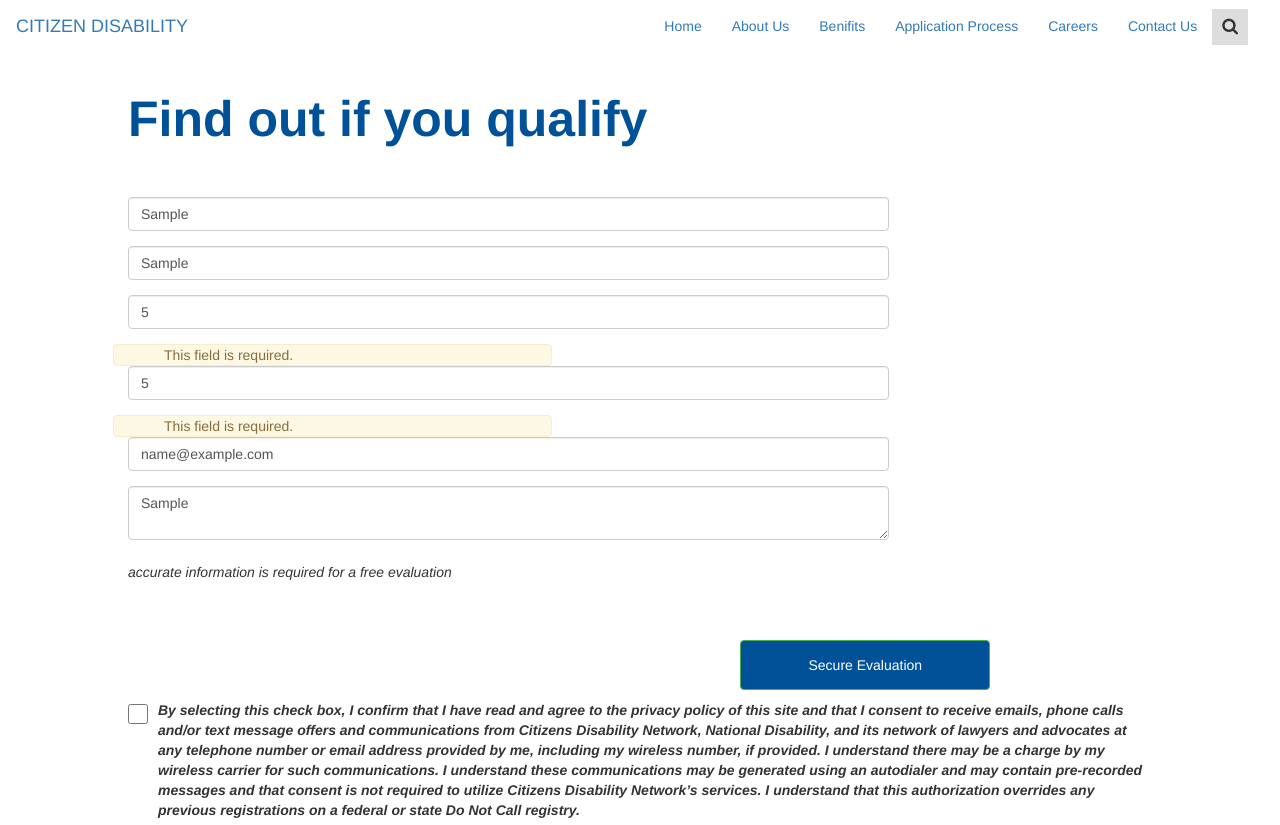
Repository: welcome0605/Embed-html-integrate-with-API
Page: Home1.html
These files come from the project's save history. The page is drawn as it stood at one moment and after the next save; the edit follows.
The browser window is 1280 px wide. The pictures show the whole page.
Empty fields were first filled with sample values (such as "Sample", 5 or name@example.com).
After loading, the first visible `input.btn_sub` was clicked once.
The page's requests for data from a server got no answer.

Above is the page before, as saved 2019-05-08 02:23:27.

### Home1.html
<!DOCTYPE html>
<html lang="en">
<head>
  <title>CITIZEN DISABILITY</title>
  <meta charset="utf-8">
  <meta name="viewport" content="width=device-width, initial-scale=1">
  <link rel="stylesheet" href="https://maxcdn.bootstrapcdn.com/bootstrap/3.4.0/css/bootstrap.min.css">
  <script src="https://ajax.googleapis.com/ajax/libs/jquery/3.3.1/jquery.min.js"></script>
  <script src="https://maxcdn.bootstrapcdn.com/bootstrap/3.4.0/js/bootstrap.min.js"></script>
  <link rel = "stylesheet" type = "text/css" href = "./css/base1.css" />
  <link rel="stylesheet" href="https://cdnjs.cloudflare.com/ajax/libs/font-awesome/4.7.0/css/font-awesome.min.css">
  <script type="text/javascript">
  disposition = "CPD";
    var apiUrl = "";
    // console.log( localStorage.getItem("dqq"));
    flagCount = 0;
    flag = true;
    var firstname, lastname, zip, ph1, age, email;
    var ip="";
    $.getJSON('http://ipinfo.io', function(data){
        ip = data.ip;
        // console.log(ip);
    });
    function firstNameChange() {
        firstname = document.getElementById('firstName').value;
        validCount = firstname.length;
        // console.log(validCount);
        if(validCount == 0) {
            $('.alert_req1').css("display","block");
            flag = true;
        }
        else {
            $('.alert_req1').css("display","none");
            flag = false;
        }
    }

    function lastNameChange() {
        lastname = document.getElementById('lastName').value;
        validCount = lastname.length;
        // console.log(validCount);
        if(validCount == 0) {
            $('.alert_req2').css("display","block");
            flag = true;
        }
        else {
            $('.alert_req2').css("display","none");
            flag = false;
        }
    }

    function zipNameChange() {
        zip = Number(document.getElementById('zipName').value);
        validCount = document.getElementById('zipName').value.length;
        // console.log(validCount);
        if(validCount == 0 || validCount != 5) {
            $('.alert_req6').css("display","block");
            flag = true;
        }
        else {
            $('.alert_req6').css("display","none");
            flag = false;
        }
    }

    function phoneNameChange() {
        ph1 = Number(document.getElementById('phoneName').value);
        validCount = document.getElementById('phoneName').value.length;
        // console.log(validCount);
        if(validCount == 0 || validCount != 10) {
            $('.alert_req7').css("display","block");
            flag = true;
        }
        else {
            $('.alert_req7').css("display","none");
            flag = false;
        }
    }

    function emailNameChange() {
        email = document.getElementById('emailName').value;
        validCount = email.length;
        const expression = /(?!.*\.{2})^([a-z\d!#$%&'*+\-\/=?^_`{|}~\u00A0-\uD7FF\uF900-\uFDCF\uFDF0-\uFFEF]+(\.[a-z\d!#$%&'*+\-\/=?^_`{|}~\u00A0-\uD7FF\uF900-\uFDCF\uFDF0-\uFFEF]+)*|"((([ \t]*\r\n)?[ \t]+)?([\x01-\x08\x0b\x0c\x0e-\x1f\x7f\x21\x23-\x5b\x5d-\x7e\u00A0-\uD7FF\uF900-\uFDCF\uFDF0-\uFFEF]|\\[\x01-\x09\x0b\x0c\x0d-\x7f\u00A0-\uD7FF\uF900-\uFDCF\uFDF0-\uFFEF]))*(([ \t]*\r\n)?[ \t]+)?")@(([a-z\d\u00A0-\uD7FF\uF900-\uFDCF\uFDF0-\uFFEF]|[a-z\d\u00A0-\uD7FF\uF900-\uFDCF\uFDF0-\uFFEF][a-z\d\-._~\u00A0-\uD7FF\uF900-\uFDCF\uFDF0-\uFFEF]*[a-z\d\u00A0-\uD7FF\uF900-\uFDCF\uFDF0-\uFFEF])\.)+([a-z\u00A0-\uD7FF\uF900-\uFDCF\uFDF0-\uFFEF]|[a-z\u00A0-\uD7FF\uF900-\uFDCF\uFDF0-\uFFEF][a-z\d\-._~\u00A0-\uD7FF\uF900-\uFDCF\uFDF0-\uFFEF]*[a-z\u00A0-\uD7FF\uF900-\uFDCF\uFDF0-\uFFEF])\.?$/i;
        // console.log(expression.test(String(document.getElementById('emailName').value).toLowerCase()));
        if(validCount == 0 || expression.test(String(document.getElementById('emailName').value).toLowerCase()) == false) {
            $('.alert_req8').css("display","block");
            flag = true;
        }
        else {
            $('.alert_req8').css("display","none");
            flag = false;
        }
    }

    function descNameChange() {

    }

    function uuidv4() {
        return ([1e7]+-1e3+-4e3+-8e3+-1e11).replace(/[018]/g, c =>
            (c ^ crypto.getRandomValues(new Uint8Array(1))[0] & 15 >> c / 4).toString(16)
        )
    }

    function submit_to() {
        var ipAddr;
        // console.log(sessionStorage.getItem("age"));
        age = Number(sessionStorage.getItem("age"));
        ad_querystring = window.location.search.substring(1);
        url = window.location.href.split('?')[0];
        mktrefid = uuidv4();
        var params = {}, queries, temp;
        queries = ad_querystring.split("&");
        for ( i = 0; i < queries.length; i++ ) {
            temp = queries[i].split('=');
            params[temp[0]] = temp[1];
        }


        firstNameChange();
        lastNameChange();
        zipNameChange();
        phoneNameChange();
        emailNameChange();
        // flagCount = 0;
        // if(flag = true) alert("ok");
        if(document.getElementById('f_chk').checked && flag == false) {
            // console.log(firstname, lastname, zip, ph1, email);
            // console.log("firstname : ",firstname);
            // console.log("lastname : ", lastname);
            // console.log("zipcode : ", zip);
            // console.log("ph1 : ", ph1);
            // console.log("email : ", email);
            // console.log(params);
            // console.log("url : ",url);
            // console.log("uuid : ", mktrefid);
            // console.log("describe : ", document.getElementById('descName').value);
            disdesc = document.getElementById('descName').value;
            if(localStorage.getItem("dqq") == "") {
                apiUrl = "https://api.citizensdisability.com/op/lead";


                // console.log(this.ipAddr);
                const dataTo = {
                    age : age,
                    mktrefid: mktrefid,
                    source: params['fsource'],
                    firstname: this.firstname,
                    lastname: this.lastname,
                    email: email,
                    disposition: disposition,
                    disdesc: disdesc,
                    consent: "By selecting this check box, I confirm that I have read and agree to the privacy policy of this site and that I consent to receive emails, phone calls and/or text message offers and communications from Citizens Disability Network, National Disability, and its network of lawyers and advocates at any telephone number or email address provided by me, including my wireless number, if provided. I understand there may be a charge by my wireless carrier for such communications",
                    dqq: "",
                    zip: zip,
                    ph1: ph1,
                    ip: this.ip,
                    url: url,
                    ad_querystring: ad_querystring,
                    oppid: 12,
                    wls: "Citizens-new-form"
                }
                $.extend(dataTo, params);
                var data = JSON.stringify(dataTo);
                // console.log(data);
                $.ajax({

                  url: './php/backend.php',
                  // url : apiUrl,

                  type: 'POST',

                  contentType:"application/json; charset=utf-8",

                  // dataType:"json",

                  data: {lead : data},

                  success: function (data) {

                    // alert(data);
                    console.log(data);

                  },

                });


            }
            else {
                apiUrl = "https://api.citizensdisability.com/lead";
                const dataTo = {
                    refid : mktrefid,
                    age : age,
                    mktrefid: mktrefid,
                    source: params['fsource'],
                    firstname: this.firstname,
                    lastname: this.lastname,
                    email: email,
                    disposition: disposition,
                    disdesc: disdesc,
                    consent: "By selecting this check box, I confirm that I have read and agree to the privacy policy of this site and that I consent to receive emails, phone calls and/or text message offers and communications from Citizens Disability Network, National Disability, and its network of lawyers and advocates at any telephone number or email address provided by me, including my wireless number, if provided. I understand there may be a charge by my wireless carrier for such communications",
                    dqq: localStorage.getItem("dqq"),
                    zip: zip,
                    ph1: ph1,
                    ip: this.ip,
                    url: url,
                    ad_querystring: ad_querystring,
                    wls: "Citizens-new-form",
                    ccname:"FORM",
                    numdialed:9999999999
                }
                $.extend(dataTo, params);
                var data = JSON.stringify(dataTo);
                $.ajax({

                  url: './php/backend.php',
                  // url : apiUrl,

                  type: 'POST',

                  contentType:"application/json; charset=utf-8",

                  dataType:"json",

                  data: {lead : data},

                  success: function (data) {

                    // alert(data);
                    console.log(data);

                  },

                });
            }

            // window.location.href="Home2.html";
        }
    }
  </script>

</head>
<body>

<nav class="navbar navbar-info">
  <div class="container-fluid">
    <div class="navbar-header">
      <a class="navbar-brand" href="Home.html">CITIZEN DISABILITY</a>
    </div>
    <ul class="nav navbar-nav div_right">
      <li class="active"><a href="Home.html">Home</a></li>
      <li><a href="About Us.html">About Us</a></li>
      <li><a href="Benifits.html">Benifits</a></li>
      <li><a href="Application Process.html">Application Process</a></li>
      <li><a href="Careers.html">Careers</a></li>
      <li><a href="Contact Us.html">Contact Us</a></li>
      <!-- <input type="text" placeholder="Search.." name="search"> -->
      <button type="button"><i class="fa fa-search"></i></button>
    </ul>
  </div>
</nav>

<div class="container">
  <!-- <h3>Basic Navbar Example1</h3>
  <p>A navigation bar is a navigation header that is placed at the top of the page.</p> -->
  <form method="POST">
    <!-- <div class="div_entire"> -->
      <input type="hidden" name="dqq" value="dqq">
      <input type="hidden" name="dqq" value="dqq">
      <input type="hidden" name="dqq" value="dqq">
      <input type="hidden" name="dqq" value="dqq">
      <input type="hidden" name="dqq" value="dqq">
      <input type="hidden" name="dqq" value="dqq">
      <input type="hidden" name="dqq" value="dqq">
      <input type="hidden" name="dqq" value="dqq">
      <input type="hidden" name="dqq" value="dqq">
      <input type="hidden" name="dqq" value="dqq">

      <div class="row"><h2 class="title">Find out if you qualify</h2></div>

      <div class="row second_input" >
        <div class="row form-group">
            <div class="col-md-9">
                <input type="text" class="form-control" id="firstName" placeholder="First Name" onkeyup="firstNameChange()">
            </div>
        </div>
        <div class="row alert_req1">
          <div class=" "></div>
          <div class="alert alert-warning col-md-5 alert1 ">
            This field is required.
          </div>
        </div>
      </div>


      <div class="row second_input" >
        <div class="row form-group">
            <div class="col-md-9">
                <input type="text" class="form-control" id="lastName"  placeholder="Last Name" onkeyup="lastNameChange()">
            </div>
        </div>
        <div class="row alert_req2">
          <div class=" "></div>
          <div class="alert alert-warning col-md-5 alert2">
            This field is required.
          </div>
        </div>
      </div>

      <!-- <div class="row second_input addr" >
        <div class="row form-group">
            <div class="col-md-9">
                <input type="text" class="form-control" id="addrName"  placeholder="Address"  onkeyup="addrNameChange()">
            </div>
        </div>
        <div class="row alert_req3">
            <div class=" "></div>
            <div class="alert alert-warning col-md-5 alert3">
            This field is required.
            </div>
        </div>
      </div>

      <div class="row second_input addr" >
        <div class="row form-group">
            <div class="col-md-9">
                <input type="text" class="form-control" id="cityName"  placeholder="City"  onkeyup="cityNameChange()">
            </div>
        </div>
        <div class="row alert_req4">
            <div class=" "></div>
            <div class="alert alert-warning col-md-5 alert4">
            This field is required.
            </div>
        </div>
      </div>
      <div class="row second_input addr" >
        <div class="row form-group">
            <div class="col-md-9">
                <input type="text" class="form-control" id="stateName"  placeholder="State"  onkeyup="stateNameChange()">
            </div>
        </div>
        <div class="row alert_req5">
            <div class=" "></div>
            <div class="alert alert-warning col-md-5 alert5">
            This field is required.
            </div>
        </div>
      </div> -->

      <div class="row second_input" >
        <div class="row form-group">
            <div class="col-md-9">
                <input type="number" class="form-control" id="zipName" placeholder="Zip Code"   onkeyup="zipNameChange()">
            </div>
        </div>
        <div class="row alert_req6">
            <div class=" "></div>
            <div class="alert alert-warning col-md-5 alert6">
            This field is required.
            </div>
        </div>
      </div>

      <div class="row second_input" >
        <div class="row form-group">
            <div class="col-md-9">
                <input type="number" class="form-control" id="phoneName"  placeholder="Phone"  onkeyup="phoneNameChange()">
            </div>
        </div>
        <div class="row alert_req7">
          <div class=" "></div>
          <div class="alert alert-warning col-md-5 alert7">
            This field is required.
          </div>
        </div>
      </div>

      <div class="row second_input" >
        <div class="row form-group">
            <div class="col-md-9">
                <input type="email" class="form-control" id="emailName"  placeholder="Email" onkeyup="emailNameChange()">
            </div>
        </div>
        <div class="row alert_req8">
            <div class=" "></div>
            <div class="alert alert-warning col-md-5 alert8">
            This field is required.
            </div>
        </div>
      </div>

      <div class="row second_input" >
        <div class="row form-group">
            <div class="col-md-9">
                <textarea type="text" class="form-control" id="descName" placeholder="Describe Your Disability"  onkeyup="descNameChange()"></textarea>
            </div>
        </div>
        <div class="row alert_req9">
            <div class=" "></div>
            <div class="alert alert-warning col-md-5 alert9">
            This field is required.
            </div>
        </div>
      </div>

      <div class="row second_input" >
        <h5 class="h5_italic">accurate information is required for a free evaluation</h5>
      </div>

      <div class="row">
        <div class="col-md-7"></div>
        <!-- <div class="col-md-4 btn_submit"><input type="submit" class="btn_sub btn btn-success" value="Next"></div> -->
        <div class="col-md-4 btn_submit"><input type="button" class="btn_sub btn btn-success" value="Secure Evaluation" onclick="submit_to()"></div>
      </div>
      <div class="row div_flex">
        <div><input type="checkbox" value="" id="f_chk"></div>
        <div><label class="label_italic">By selecting this check box, I confirm that I have read and agree to the privacy policy of this site and that I consent to receive emails, phone calls and/or text message offers and communications from Citizens Disability Network, National Disability, and its network of lawyers and advocates at any telephone number or email address provided by me, including my wireless number, if provided. I understand there may be a charge by my wireless carrier for such communications. I understand these communications may be generated using an autodialer and may contain pre-recorded messages and that consent is not required to utilize Citizens Disability Network’s services. I understand that this authorization overrides any previous registrations on a federal or state Do Not Call registry.</label></div>
      </div>

      <!-- <input type="submit" value="Submit"> -->
    <!-- </div> -->
  </form>
</div>

</body>
</html>

<!--
"mktrefid": "uuid",
"source": "value of fsource from querystring",
"firstname": "value entered in first name",
"lastname": "value entered in last name",
"zip": "value entered in zip zode",
"ph1": "value entered in phone",
"age": "age selected on form",
"email": "email enetered on form",
"disposition": "static value",
"wls": "Value provided by citizens",
"disdesc","Text entered from Describe Your Disability",
"consent","By selecting this checkbox .....",
"ip":"THE USER'S IP ADDRESS",
"url":"URL OF THE FORM",
"utm_campaign":"value parsed from querystring",
"utm_content":"value parsed from querystring",
"utm_source":"value parsed from querystring",
"utm_term":"value parsed from querystring",
"ad_querystring":"the querystring",
"ad_group":"value parsed from querystring",
"ad_keywords":"value parsed from querystring",
"ad_keywords_match_type":"value parsed from querystring",
"conversion_page":"value parsed from querystring",
"gclid":"value parsed from querystring",
"serp_position":"value parsed from querystring",
"oppid":"12" -->

### css/base1.css
/* body {
    font-family: 'Open Sans', sans-serif !important;
} */

navbar-default .navbar-nav>.active>a, .navbar-default .navbar-nav>.active>a:focus, .navbar-default .navbar-nav>.active>a:hover {
    background-color: #005197 !important;
    color: white;
}

.navbar-default .navbar-nav>li>a {
    color: black;
    font-size: 20px;
}

.div_right input[type=text] {
    padding: 6px;
    margin-top: 8px;
    font-size: 17px;
    border: none;
}

.div_right button {
    float: right;
    padding: 6px 10px;
    margin-top: 8px;
    margin-right: 16px;
    background: #ddd;
    font-size: 17px;
    border: none;
    cursor: pointer;
}

.div_right {
    float: right;
}

.radio_buttons {
    /* display: inline-flex; */
    margin-bottom:30px;
}

.div_label {
    font-size: 20px;
    /* margin-right: 500px; */
}

.btn-group-toggle {
    display: inline-flex;
}

.radio_q {
    width: 500px;
    margin-right: 20px;
    width: 100px;
    height: 40px;
}

/* .radio_q {
    background: #D2D3D5 !important;
}

.radio_q:active {
    background: #85898C !important;
}

.radio_q::after {
    background: #85898C !important;
} */

.title {
    color: #005197;
    font-weight: 700;
    margin-bottom: 50px;
    font-size: 50px;
}

.container {
    margin: auto 10% auto 10% !important;
    width: 80%;
}

.alert {
    padding: 0 0 0 50px;
    margin-bottom: 0;
}

.btn_sub {
    margin-top: 50px;
    background-color:  #005197 !important;
    width: 250px;
    height: 50px;
}

.alert_req1, .alert_req2, .alert_req3, .alert_req4, .alert_req5, .alert_req6, .alert_req7, .alert_req8, .alert_req9 {
    display: none;
}

.h5_italic {
    font-style: italic;
}

.label_italic {
    /* margin-top: 50px; */
    font-style: italic;
}

input[type='checkbox'] {
    width: 20px;
    height: 20px;
    margin-right: 10px;
}

.div_flex {
    margin-top:10px;
    display: flex;
}

.addr {
    display: none;
}

After the next save:
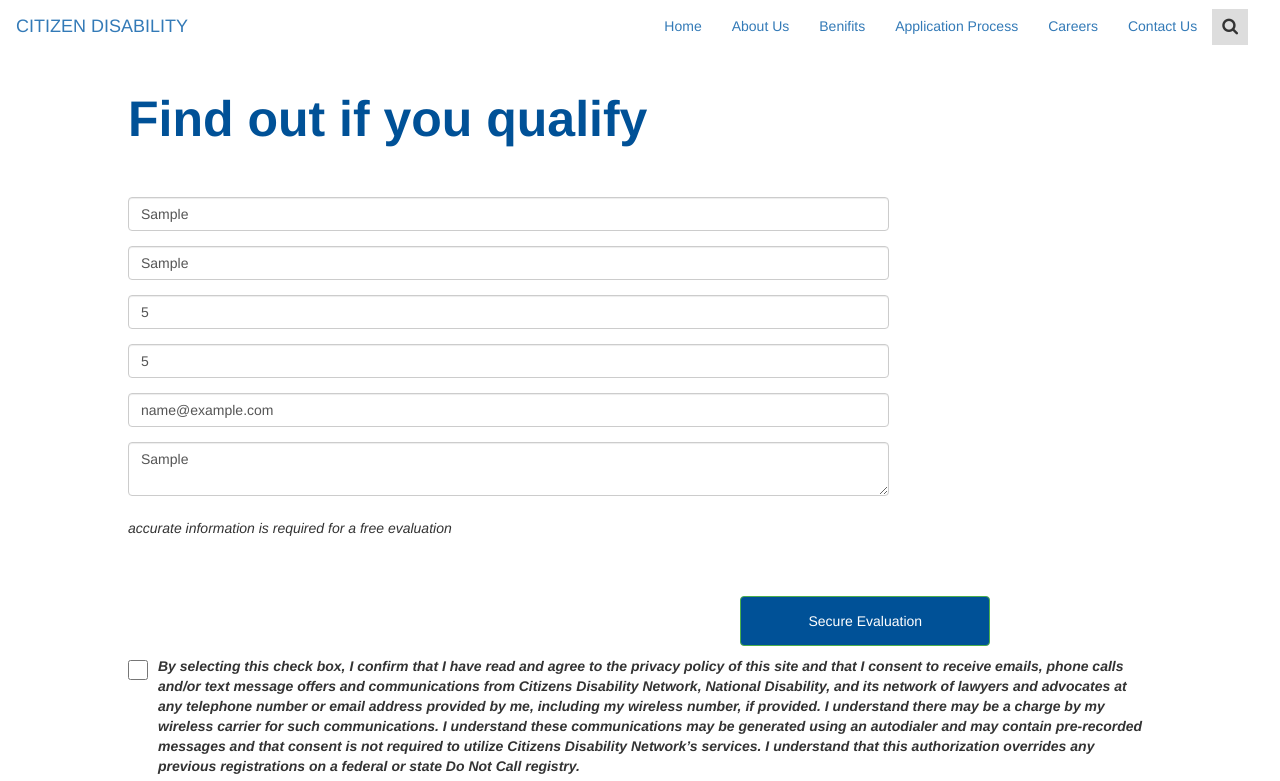
Console error: SyntaxError: Unexpected token ';'
Saved 53 s later.
--- a/Home1.html
+++ b/Home1.html
@@ -170,7 +170,7 @@
 
                   type: 'POST',
 
-                  contentType:"application/json; charset=utf-8",
+                  contentType: application/json; charset=utf-8',
 
                   // dataType:"json",
 

After the save that followed:
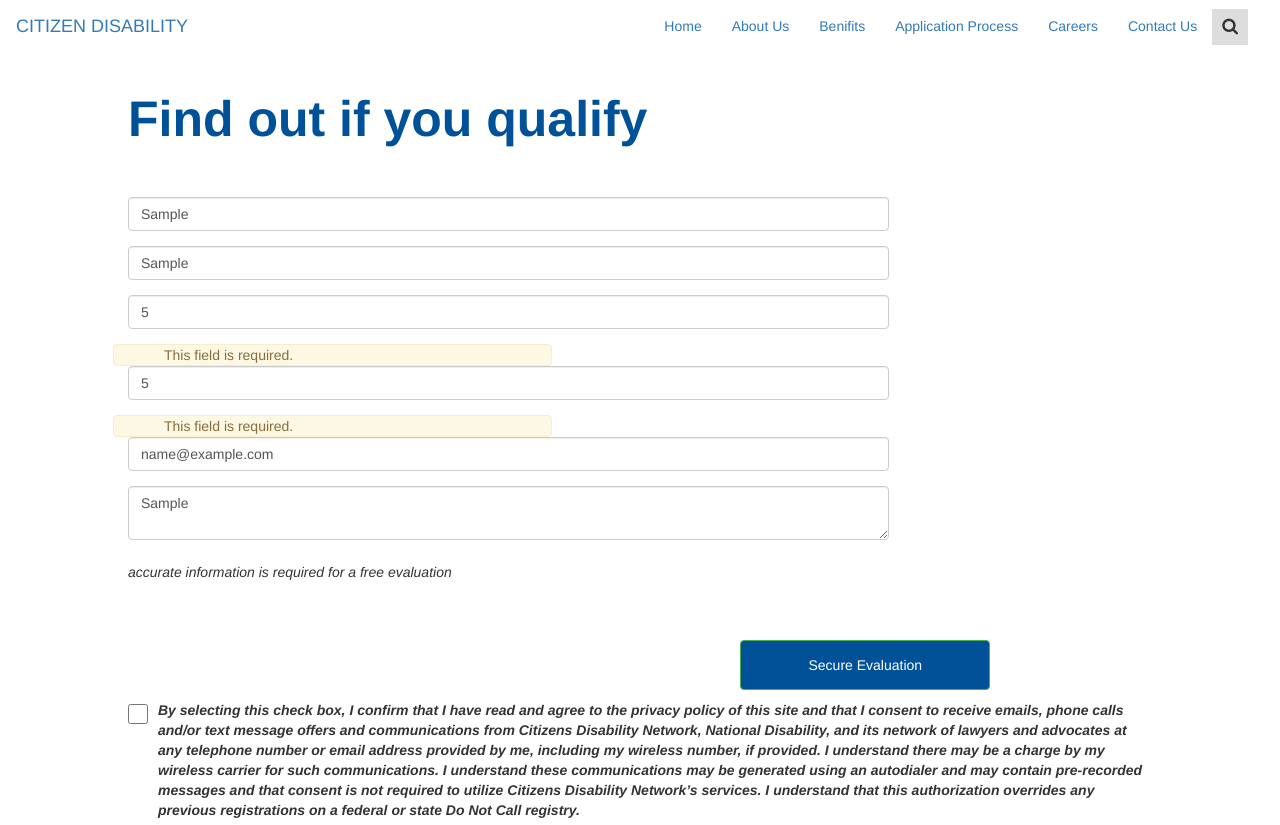
The error is gone.
Saved 5 s later.
--- a/Home1.html
+++ b/Home1.html
@@ -170,7 +170,7 @@
 
                   type: 'POST',
 
-                  contentType: application/json; charset=utf-8',
+                  contentType: 'application/json; charset=utf-8',
 
                   // dataType:"json",
 
